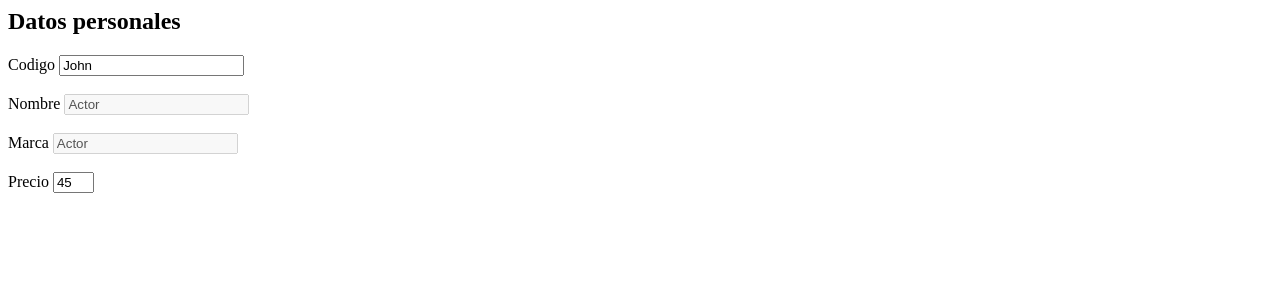
Repository: Alemartinez97/New-Repository
Page: programacion-3/tp3/formProducto.html
The author's editor kept a copy of each file at every save. The page is drawn from the files as they stood at one save, then again after the next save.
The browser window is 1280 px wide. The pictures show the whole page.

Above is the page before, as saved 2020-06-04 17:52:21.

### programacion-3/tp3/formProducto.html
<html>
<head>
	<title>Cuadros de texto</title>
        <!--Esta línea a continuación sirve para que los caracteres
         como la ñ o tildes se visualicen correctamente-->
	<meta charset="UTF-8">
</head>
<body>
<!--Creamos una caja llamada contenedor. div es una etiqueta
contenedora que actúa como caja contenedora de otros elementos.
Cobra sentido con el uso de CSS-->
<div id="contenedor">
	<h2 id="encabezado">Datos personales</h2>
	<form id="formulario1" name="formulario1" method="post" action="data.php">
		<label for="">Codigo</label>
        <input type="text" name="nombre" id="nombre" value="John"><br>
    </br>
        <label for="">Nombre</label>
        <input type="text" name="profesion" id="profesion" value="Actor" disabled="disabled"><br>
    </br>
		<label for="">Marca</label>
        <input type="text" name="profesion" id="profesion" value="Actor" disabled="disabled"><br>
    </br>
		<label for="">Precio</label>
		<input type="text" name="edad" id="edad" size="2" maxlength="2" value="45"><br>
	</form>
</div>
</body>
</html>

After the next save:
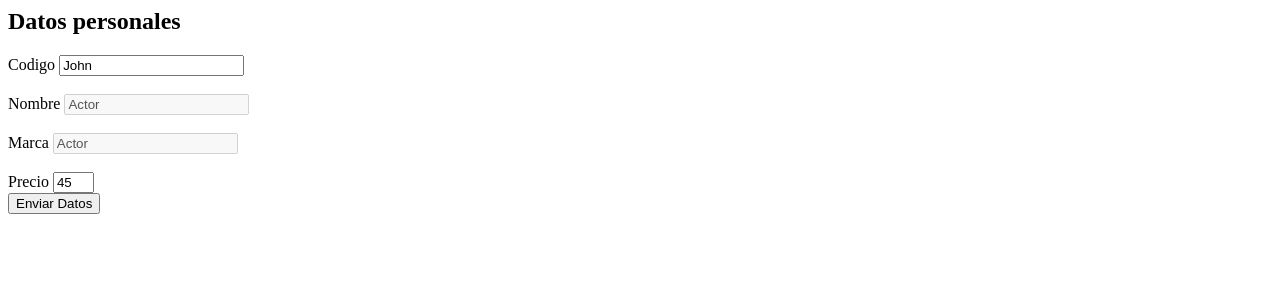
Saved 35 s later.
--- a/programacion-3/tp3/formProducto.html
+++ b/programacion-3/tp3/formProducto.html
@@ -22,7 +22,8 @@ Cobra sentido con el uso de CSS-->
         <input type="text" name="profesion" id="profesion" value="Actor" disabled="disabled"><br>
     </br>
 		<label for="">Precio</label>
-		<input type="text" name="edad" id="edad" size="2" maxlength="2" value="45"><br>
+        <input type="text" name="edad" id="edad" size="2" maxlength="2" value="45"><br>
+        <button>Enviar Datos</button>
 	</form>
 </div>
 </body>
